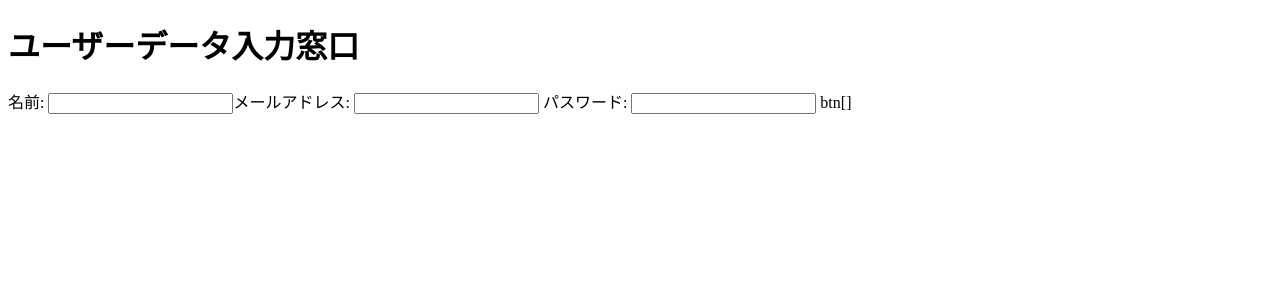
Repository: isopets/next-market
Page: form2.html
The author's editor kept a copy of each file at every save. The page is drawn from the files as they stood at one save, then again after a run of saves.
The browser window is 1280 px wide. The pictures show the whole page.

Above is the page before, as saved 2022-06-08 00:51:44.

After the next 4 saves:
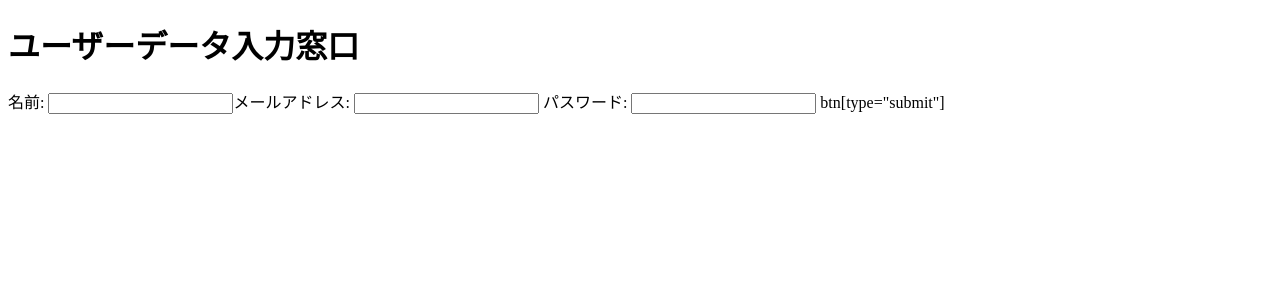
The 4 saves are shown as one change because they came seconds apart.
The last was saved 11 s later.
--- a/form2.html
+++ b/form2.html
@@ -11,7 +11,7 @@
 <body>
     <h1>ユーザーデータ入力窓口</h1>
     <form action="http://localhost:3000/api/user/register" method="POST">
-        名前: <input type="text" name="name">メールアドレス: <input type="text" name="email"> パスワード: <input type="text" name="password"> btn[]
+        名前: <input type="text" name="name">メールアドレス: <input type="text" name="email"> パスワード: <input type="text" name="password"> btn[type="submit"]
     </form>
 </body>
 
